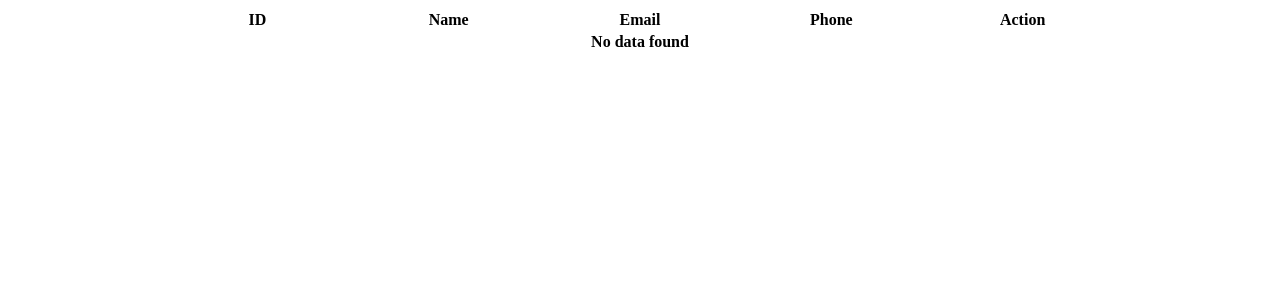
Repository: rkrukshan/CRUD-with-Laravel-V.10-Breeze
Page: http://localhost/students
The author's editor kept a copy of each file at every save. The page is drawn from the files as they stood at one save, then again after a run of saves.
The browser window is 1280 px wide. The pictures show the whole page.
The page is served by the project's Laravel application, run on PHP 8.4 with Laravel 10. A made-up administrator, Test User (test@example.com), is signed in. Queries for data that is not in the repository find no rows.

Above is the page before, as saved 2023-11-15 11:34:54.

After the next 2 saves:
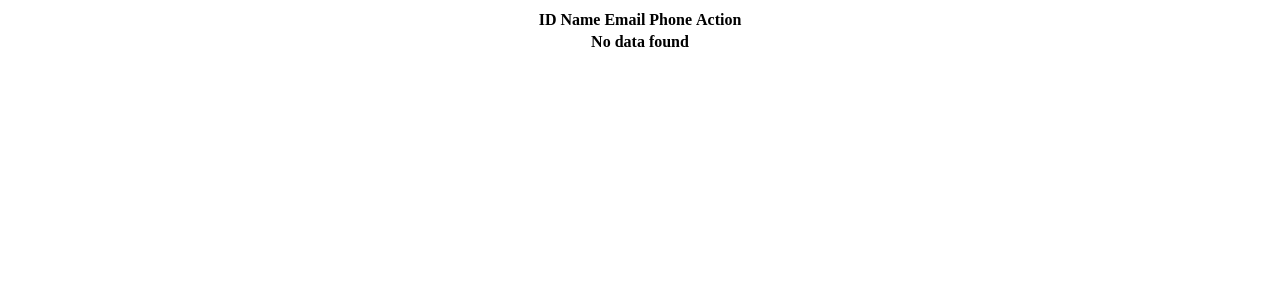
The 2 saves are shown as one change because they came seconds apart.
The last was saved 13 s later.
--- a/resources/views/student/index.blade.php
+++ b/resources/views/student/index.blade.php
@@ -2,11 +2,11 @@
 <center>
     <table class="hover:table-fixed">
         <tr>
-            <th width=5% class="border border-slate-700 text-white ">ID</th>
-            <th width=5% class="border border-slate-700 text-white ">Name</th>
-            <th width=5% class="border border-slate-700 text-white ">Email</th>
-            <th width=5% class="border border-slate-700 text-white ">Phone</th>
-            <th width=5% class="border border-slate-700 text-white ">Action</th>
+            <th width=5 class="border border-slate-700 text-white ">ID</th>
+            <th width=5 class="border border-slate-700 text-white ">Name</th>
+            <th width=5 class="border border-slate-700 text-white ">Email</th>
+            <th width=5 class="border border-slate-700 text-white ">Phone</th>
+            <th width=5 class="border border-slate-700 text-white ">Action</th>
         </tr>
         <tbody>
               @forelse ($records as $record)
